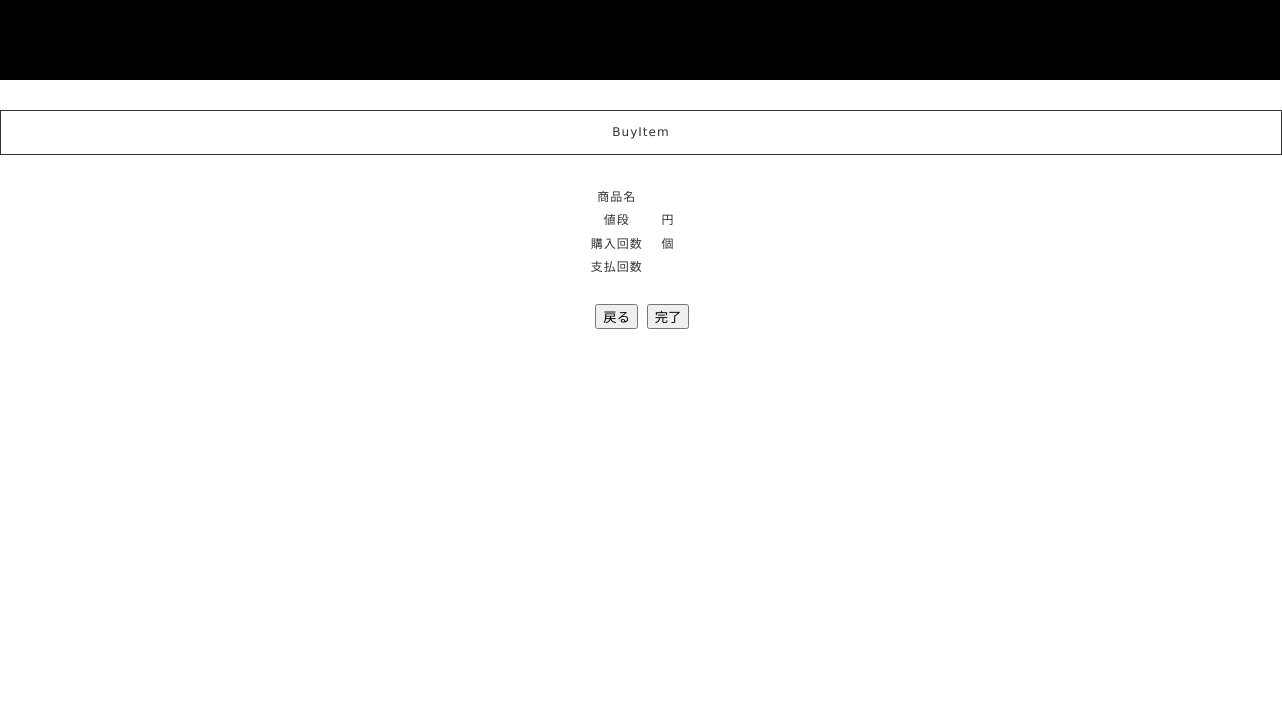
Repository: 8luemitsuho/test
Page: http://localhost/ecsite/buyItemConfirm.jsp
These files come from the project's save history. The page is drawn as it stood at one moment and after the next save; the edit follows.
The browser window is 1280 px wide. The page is 1282 px wide, so the pictures cover 1282 px, including what lies to the right of the window. The pictures show the whole page.
The page is served by Tomcat 9.

Above is the page before, as saved 2019-08-28 06:02:23.

After the next save:
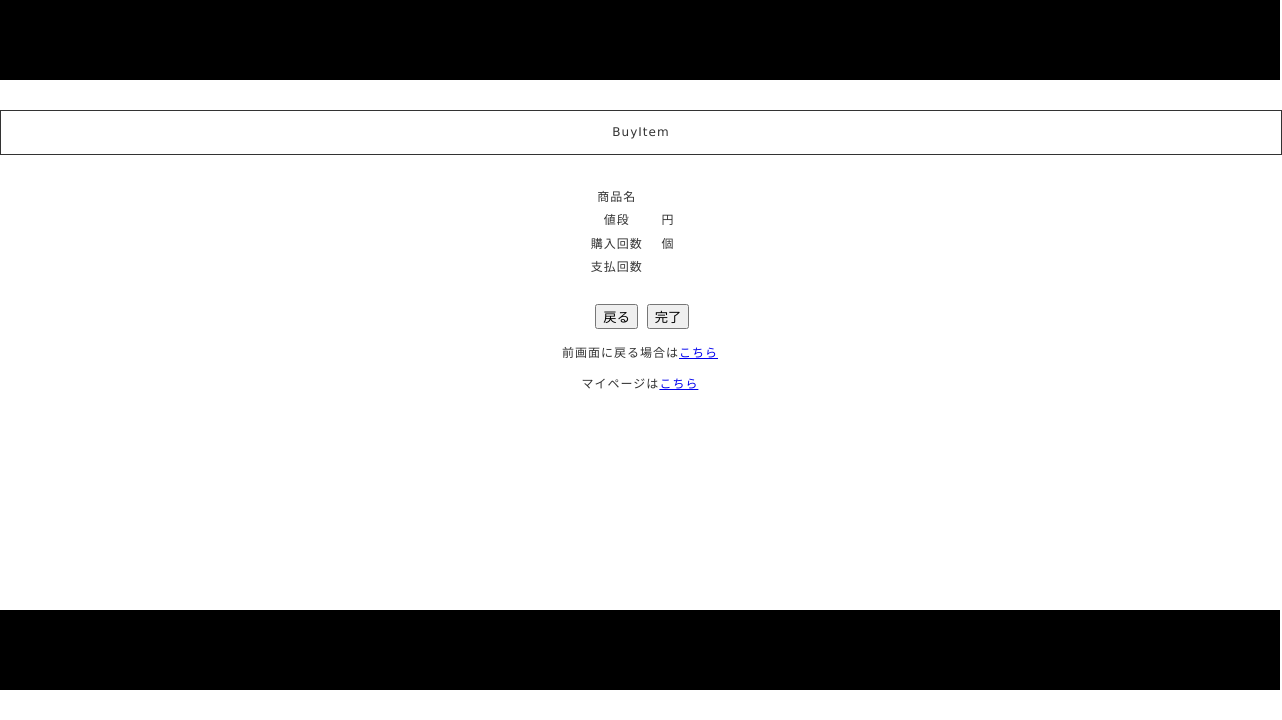
Saved 117 s later.
--- a/ecsite/WebContent/buyItemConfirm.jsp
+++ b/ecsite/WebContent/buyItemConfirm.jsp
@@ -95,6 +95,14 @@
 			</tr>
 		</s:form>
 		</div>
+		<div>
+			<p>前画面に戻る場合は<a href='<s:url action="GoHomeAction"/>'>こちら</a></p>
+			<p>マイページは<a href='<s:url action="MyPageAction"/>'>こちら</a></p>
+		</div>
+	</div>
+	<div id="footer">
+		<div id="pr">
+		</div>
 	</div>
 </body>
 </html>
